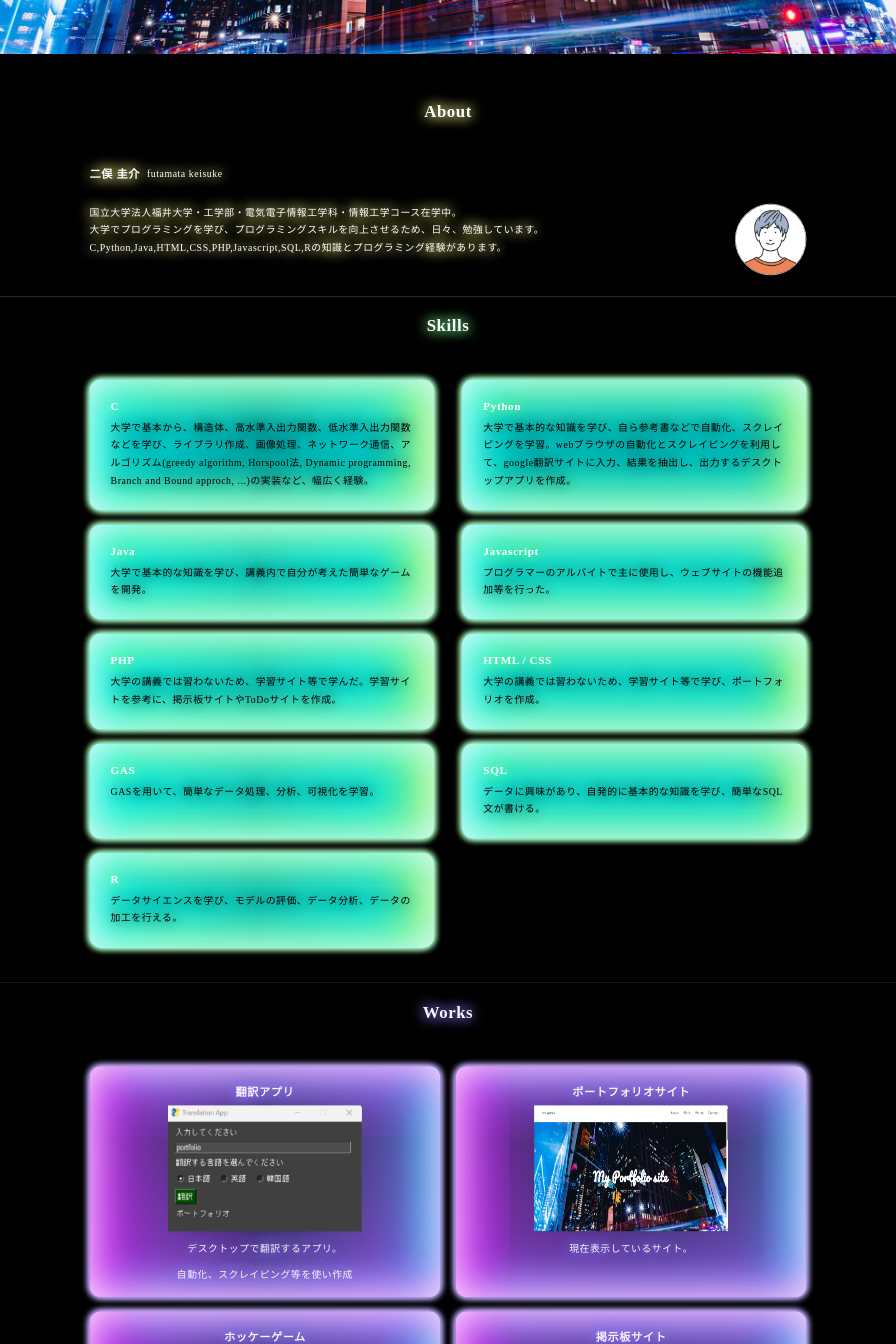
Repository: F-ksk/portfolio
Page: index.html
An editor plug-in stored every save of this project. The page is shown before and after the next save, followed by the edit.
The browser window is 1280 px wide. The pictures show the part of the page from y = 553 to 2473 px (the page is 3705 px tall), at 70% of full size.

Above is the page before, as saved 2023-11-13 01:39:01.

After the next save:
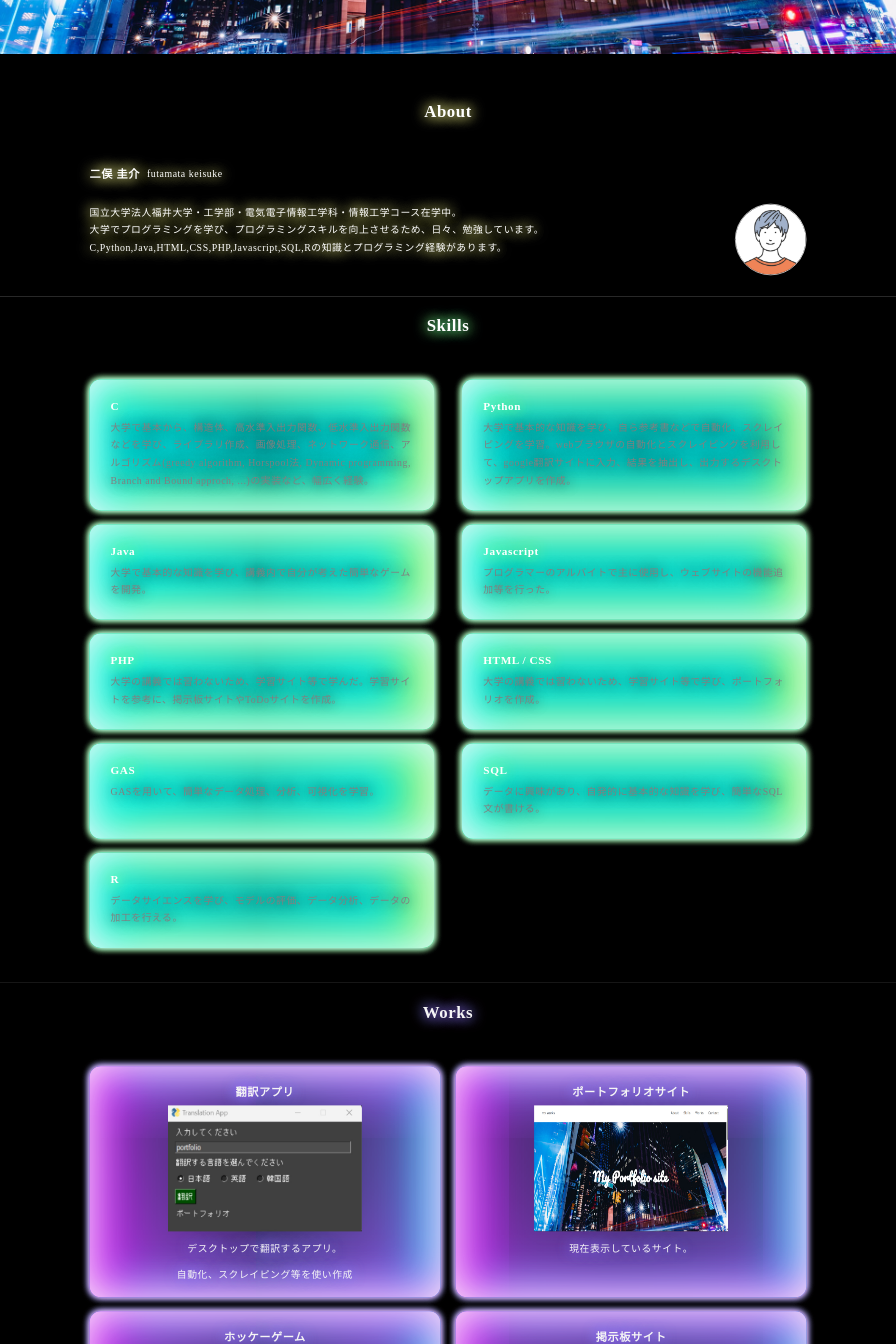
Saved 33 s later.
--- a/css/style.css
+++ b/css/style.css
@@ -178,7 +178,7 @@ section {
 }
 
 .skill-item p {
-    color: #000;
+    color: gray;
     text-shadow:
     0 0 20px #000;
 }
